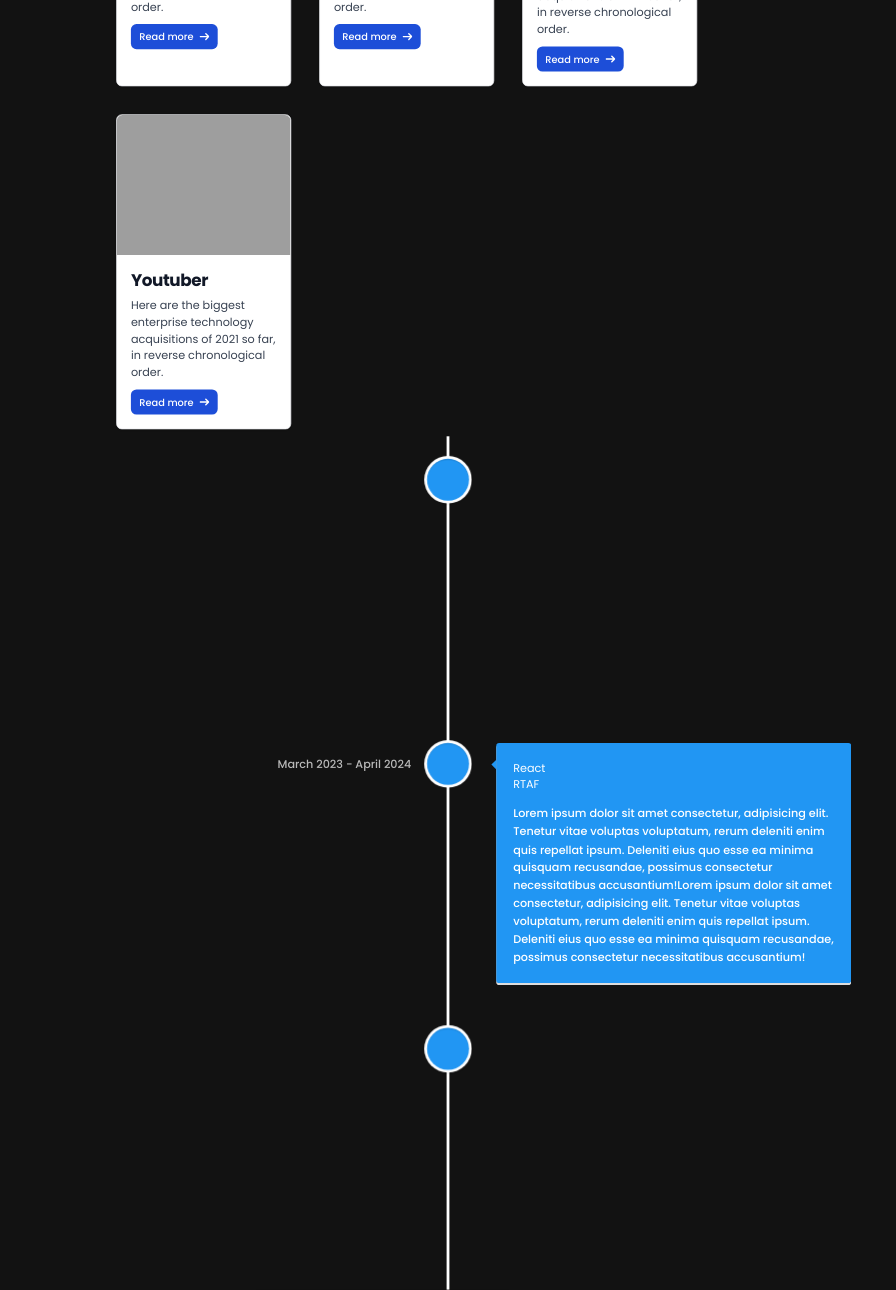
Repository: supakorn5039-boon/React-f
Page: /
The author's editor kept a copy of each file at every save. The page is drawn from the files as they stood at one save, then again after a run of saves.
The browser window is 1280 px wide. The pictures show the part of the page from y = 1445 to 3365 px (the page is 3288 px tall before and 3365 px after), at 70% of full size.
Pictures or frames that could not be fetched are drawn as grey boxes. The project was rebuilt for these pictures with package versions that can differ from the ones it lists, and the page was loaded fresh each time. Also part of the build but not shown: vite.config.js.

Above is the page before, as saved 2024-01-09 22:38:46.

### src/App.jsx
import Hero from "./components/Hero";
import About from "./components/About";
import Experience from "./components/Experience";
import Navbar from "./components/Navbar";

export default function App() {
  return (
    <div>
      <Navbar />
      <Hero />
      <About />
      <Experience />
    </div>
  );
}

### src/index.css
@import url("https://fonts.googleapis.com/css2?family=Poppins:wght@100;200;300;400;500;600;700;800;900&display=swap");

@tailwind base;
@tailwind components;
@tailwind utilities;

* {
  margin: 0;
  padding: 0;
  box-sizing: border-box;
  font-family: "Poppins", sans-serif;
  scroll-behavior: smooth;
  color-scheme: dark;
}
.bg-boon {
  background-image: url("./assets/gingerbread-man.png");
}
.section {
  position: absolute;
  inset: 0;
  top: 120px;
  max-width: 7xl;
  margin: 0 auto;
  padding-left: 6rem;
  padding-right: 6rem;
  display: flex;
  flex-direction: row;
  align-items: flex-start;
  gap: 1.25rem; /* This corresponds to 5 units in "rem" */
}
.heroHeadText {
  font-weight: 900;
  color: white;
  font-size: 80px;
  line-height: 98px;
  margin-top: 2rem;
}

@media (max-width: 1023px) {
  .heroHeadText {
    font-size: 60px;
  }
}

@media (max-width: 767px) {
  .heroHeadText {
    font-size: 50px;
  }
}

@media (max-width: 575px) {
  .heroHeadText {
    font-size: 40px;
  }
}

.heroSubText {
  font-weight: 500;
  color: #dfd9ff;
  font-size: 30px;
  line-height: 40px;
}

@media (max-width: 1023px) {
  .heroSubText {
    font-size: 26px;
  }
}

@media (max-width: 767px) {
  .heroSubText {
    font-size: 20px;
  }
}

@media (max-width: 575px) {
  .heroSubText {
    font-size: 16px;
  }
}

.sectionHeadText {
  color: white;
  font-weight: 900;
  font-size: 60px;
}

@media (max-width: 767px) {
  .sectionHeadText {
    font-size: 50px;
  }
}

@media (max-width: 575px) {
  .sectionHeadText {
    font-size: 40px;
  }
}

.sectionSubText {
  font-size: 18px;
  text-transform: uppercase;
  letter-spacing: 0.1em;
  color: var(--text-secondary);
}

@media (max-width: 767px) {
  .sectionSubText {
    font-size: 18px;
  }
}

.about-head {
  padding: 10px 6px; /* Default padding values */
  max-width: calc(100% - 20rem); /* Adjust the value according to your needs */
  margin: 0 auto;
  position: relative;
  z-index: 0;
}

@media (min-width: 640px) {
  .myElement {
    padding: 16px 6px; /* Updated padding for sm screen size */
  }
}

.about-text {
  margin-top: 1rem; /* Equivalent to mt-4 */
  color: white; /* Assuming --text-secondary is defined */
  font-size: 17px;
  max-width: 48rem; /* Equivalent to max-w-3xl */
  line-height: 1.875rem; /* Equivalent to leading-[30px] */
}

### src/components/Hero.jsx
export default function Hero() {
  return (
    <section className="relative w-full h-screen mx-auto bg-boon">
      <div className="absolute inset-0 top-[120px] mx-w-7xl mx-auto sm:px-16 px-6 flex flex-auto">
        <div>
          <h1 className="heroHeadText">
            Hello i am <span className="text-[#16c734]">NEBULA</span>
          </h1>
          <p className="heroSubText mt-2 text-white-100">
            I am Web developer <br />
            Full-Stack , Machine Learning
          </p>
        </div>
      </div>
    </section>
  );
}

### src/components/About.jsx
/* eslint-disable react/prop-types */
import { services } from "../data/Data";

const AboutCard = ({ item }) => {
  return (
    <div className="xs:w-[250px] max-w-sm bg-white border border-gray-200 rounded-lg shadow dark:bg-gray-800 dark:border-gray-700">
      <a href="#">
        <img
          style={{ width: "100%", height: "200px" }}
          className="rounded-t-lg"
          src={item.image}
          alt=""
        />
      </a>
      <div className="p-5">
        <a href="#">
          <h5 className="mb-2 text-2xl font-bold tracking-tight text-gray-900 dark:text-white">
            {item.title}
          </h5>
        </a>
        <p className="mb-3 font-normal text-gray-700 dark:text-gray-400">
          Here are the biggest enterprise technology acquisitions of 2021 so
          far, in reverse chronological order.
        </p>
        <a
          href="#"
          className="inline-flex items-center px-3 py-2 text-sm font-medium text-center text-white bg-blue-700 rounded-lg hover:bg-blue-800 focus:ring-4 focus:outline-none focus:ring-blue-300 dark:bg-blue-600 dark:hover:bg-blue-700 dark:focus:ring-blue-800"
        >
          Read more
          <svg
            className="rtl:rotate-180 w-3.5 h-3.5 ms-2"
            aria-hidden="true"
            xmlns="http://www.w3.org/2000/svg"
            fill="none"
            viewBox="0 0 14 10"
          >
            <path
              stroke="currentColor"
              strokeLinecap="round"
              strokeLinejoin="round"
              strokeWidth="2"
              d="M1 5h12m0 0L9 1m4 4L9 9"
            />
          </svg>
        </a>
      </div>
    </div>
  );
};

const About = () => {
  return (
    <div className="about-head">
      <div className="sectionSubText">Introduction</div>
      <h2 className="sectionHeadText">Overview</h2>
      <div className="about-text">
        I am a Software Engineering and web developer and data Engineering I am
        a Software Engineering and web developer and data Engineering I am a
        Software Engineering and web developer and data Engineering I am a
        Software Engineering and web developer and data Engineering I am a
        Software Engineering and web developer and data Engineering{" "}
      </div>

      <div className="mt-10 flex flex-wrap gap-10">
        {services.map((item, index) => {
          return <AboutCard item={item} key={index} />;
        })}
      </div>
    </div>
  );
};

export default About;

### src/components/Experience.jsx
/* eslint-disable react/prop-types */
import {
  VerticalTimeline,
  VerticalTimelineElement,
} from "react-vertical-timeline-component";
import "react-vertical-timeline-component/style.min.css";

import { experiences } from "../data/Data";

const ExCard = ({ item }) => {
  return (
    <VerticalTimelineElement
      className="vertical-timeline-element--work"
      contentStyle={{ background: "rgb(33, 150, 243)", color: "#fff" }}
      contentArrowStyle={{ borderRight: "7px solid  rgb(33, 150, 243)" }}
      date={item.date}
      iconStyle={{ background: "rgb(33, 150, 243)", color: "#fff" }}
    >
      <h3 className="vertical-timeline-element-title">{item.title}</h3>
      <h4 className="vertical-timeline-element-subtitle">
        {item.company_name}
      </h4>
      <p>
        <ul>
          {item.points}
        </ul>
      </p>
    </VerticalTimelineElement>
  );
};

const Experience = () => {
  return (
    <div>
      <VerticalTimeline>
        {experiences.map((item, index) => (
          <ExCard key={index} item={item} />
        ))}
      </VerticalTimeline>
    </div>
  );
};

export default Experience;

### src/components/Navbar.jsx
import { Fragment } from "react";
import { Disclosure, Menu, Transition } from "@headlessui/react";
import { Bars3Icon, BellIcon, XMarkIcon } from "@heroicons/react/24/outline";
import boon from "../assets/Photo.jpg";
const navigation = [
  { name: "About", href: "#about", current: true },
  { name: "Experience", href: "#experience", current: false },
  { name: "Hero", href: "#hero", current: false },
];

function classNames(...classes) {
  return classes.filter(Boolean).join(" ");
}

export default function Navbar() {
  return (
    <Disclosure as="nav" className="bg-gray-800">
      {({ open }) => (
        <>
          <div className="mx-auto max-w-7xl px-2 sm:px-6 lg:px-8">
            <div className="relative flex h-16 items-center justify-between">
              <div className="absolute inset-y-0 left-0 flex items-center sm:hidden">
                {/* Mobile menu button*/}
                <Disclosure.Button className="relative inline-flex items-center justify-center rounded-md p-2 text-gray-400 hover:bg-gray-700 hover:text-white focus:outline-none focus:ring-2 focus:ring-inset focus:ring-white">
                  <span className="absolute -inset-0.5" />
                  <span className="sr-only">Open main menu</span>
                  {open ? (
                    <XMarkIcon className="block h-6 w-6" aria-hidden="true" />
                  ) : (
                    <Bars3Icon className="block h-6 w-6" aria-hidden="true" />
                  )}
                </Disclosure.Button>
              </div>
              <div className="flex flex-1 items-center justify-center sm:items-stretch sm:justify-start">
                <div className="flex flex-shrink-0 items-center">
                  <img
                    className="h-8 w-auto"
                    src="https://tailwindui.com/img/logos/mark.svg?color=indigo&shade=500"
                    alt="Your Company"
                  />
                </div>
                <div className="hidden sm:ml-6 sm:block">
                  <div className="flex space-x-4">
                    {navigation.map((item) => (
                      <a
                        key={item.name}
                        href={item.href}
                        className={classNames(
                          item.current
                            ? "bg-gray-900 text-white"
                            : "text-gray-300 hover:bg-gray-700 hover:text-white",
                          "rounded-md px-3 py-2 text-sm font-medium"
                        )}
                        aria-current={item.current ? "page" : undefined}
                      >
                        {item.name}
                      </a>
                    ))}
                  </div>
                </div>
              </div>
              <div className="absolute inset-y-0 right-0 flex items-center pr-2 sm:static sm:inset-auto sm:ml-6 sm:pr-0">
                <button
                  type="button"
                  className="relative rounded-full bg-gray-800 p-1 text-gray-400 hover:text-white focus:outline-none focus:ring-2 focus:ring-white focus:ring-offset-2 focus:ring-offset-gray-800"
                >
                  <span className="absolute -inset-1.5" />
                  <span className="sr-only">View notifications</span>
                  <BellIcon className="h-6 w-6" aria-hidden="true" />
                </button>

                {/* Profile dropdown */}
                <Menu as="div" className="relative ml-3">
                  <div>
                    <Menu.Button className="relative flex rounded-full bg-gray-800 text-sm focus:outline-none focus:ring-2 focus:ring-white focus:ring-offset-2 focus:ring-offset-gray-800">
                      <span className="absolute -inset-1.5" />
                      <span className="sr-only">Open user menu</span>
                      <img className="h-8 w-8 rounded-full" src={boon} alt="" />
                    </Menu.Button>
                  </div>
                  <Transition
                    as={Fragment}
                    enter="transition ease-out duration-100"
                    enterFrom="transform opacity-0 scale-95"
                    enterTo="transform opacity-100 scale-100"
                    leave="transition ease-in duration-75"
                    leaveFrom="transform opacity-100 scale-100"
                    leaveTo="transform opacity-0 scale-95"
                  >
                    <Menu.Items className="absolute right-0 z-10 mt-2 w-48 origin-top-right rounded-md bg-white py-1 shadow-lg ring-1 ring-black ring-opacity-5 focus:outline-none">
                      <Menu.Item>
                        {({ active }) => (
                          <a
                            href="#"
                            className={classNames(
                              active ? "bg-gray-100" : "",
                              "block px-4 py-2 text-sm text-gray-700"
                            )}
                          >
                            Your Profile
                          </a>
                        )}
                      </Menu.Item>
                      <Menu.Item>
                        {({ active }) => (
                          <a
                            href="#"
                            className={classNames(
                              active ? "bg-gray-100" : "",
                              "block px-4 py-2 text-sm text-gray-700"
                            )}
                          >
                            Settings
                          </a>
                        )}
                      </Menu.Item>
                      <Menu.Item>
                        {({ active }) => (
                          <a
                            href="#"
                            className={classNames(
                              active ? "bg-gray-100" : "",
                              "block px-4 py-2 text-sm text-gray-700"
                            )}
                          >
                            Sign out
                          </a>
                        )}
                      </Menu.Item>
                    </Menu.Items>
                  </Transition>
                </Menu>
              </div>
            </div>
          </div>

          <Disclosure.Panel className="sm:hidden">
            <div className="space-y-1 px-2 pb-3 pt-2">
              {navigation.map((item) => (
                <Disclosure.Button
                  key={item.name}
                  as="a"
                  href={item.href}
                  className={classNames(
                    item.current
                      ? "bg-gray-900 text-white"
                      : "text-gray-300 hover:bg-gray-700 hover:text-white",
                    "block rounded-md px-3 py-2 text-base font-medium"
                  )}
                  aria-current={item.current ? "page" : undefined}
                >
                  {item.name}
                </Disclosure.Button>
              ))}
            </div>
          </Disclosure.Panel>
        </>
      )}
    </Disclosure>
  );
}

### src/data/Data.js
export const services = [
  {
    title: "Web Developer",
    image: "https://source.unsplash.com/random?wallpapers",
  },
  {
    title: "Web GIS",
    image: "https://source.unsplash.com/random?wallpapers",
  },
  {
    title: "Backend Developer",
    image: "https://source.unsplash.com/random?wallpapers",
  },
  {
    title: "Youtuber",
    image: "https://source.unsplash.com/random?wallpapers",
  },
];

export const experiences = [
  {
    title: "React",
    company_name: "RTAF",
    iconBg: "#383E56",
    icon: "https://source.unsplash.com/random?wallpapers",
    date: "March 2022 - April 2023",
    points: [
      "Lorem ipsum dolor sit amet consectetur, adipisicing elit. Tenetur vitae voluptas voluptatum, rerum deleniti enim quis repellat ipsum. Deleniti eius quo esse ea minima quisquam recusandae, possimus consectetur necessitatibus accusantium!",
      "Lorem ipsum dolor sit amet consectetur, adipisicing elit. Tenetur vitae voluptas voluptatum, rerum deleniti enim quis repellat ipsum. Deleniti eius quo esse ea minima quisquam recusandae, possimus consectetur necessitatibus accusantium!",
    ],
  },
  {
    title: "React",
    company_name: "RTAF",
    iconBg: "#383E56",
    icon: "https://source.unsplash.com/random?wallpapers",
    date: "March 2023 - April 2024",
    points: [
      "Lorem ipsum dolor sit amet consectetur, adipisicing elit. Tenetur vitae voluptas voluptatum, rerum deleniti enim quis repellat ipsum. Deleniti eius quo esse ea minima quisquam recusandae, possimus consectetur necessitatibus accusantium!",
      "Lorem ipsum dolor sit amet consectetur, adipisicing elit. Tenetur vitae voluptas voluptatum, rerum deleniti enim quis repellat ipsum. Deleniti eius quo esse ea minima quisquam recusandae, possimus consectetur necessitatibus accusantium!",
    ],
  },
  {
    title: "React",
    company_name: "RTAF",
    iconBg: "#383E56",
    icon: "https://source.unsplash.com/random?wallpapers",
    date: "March 2024 - Current",
    points: [
      "Lorem ipsum dolor sit amet consectetur, adipisicing elit. Tenetur vitae voluptas voluptatum, rerum deleniti enim quis repellat ipsum. Deleniti eius quo esse ea minima quisquam recusandae, possimus consectetur necessitatibus accusantium!",
      "Lorem ipsum dolor sit amet consectetur, adipisicing elit. Tenetur vitae voluptas voluptatum, rerum deleniti enim quis repellat ipsum. Deleniti eius quo esse ea minima quisquam recusandae, possimus consectetur necessitatibus accusantium!",
    ],
  },
];

### tailwind.config.js
/** @type {import('tailwindcss').Config} */
export default {
  content: ["./index.html", "./src/**/*.{js,ts,jsx,tsx}"],
  theme: {
    extend: {
      screens: {
        xs: "450px",
      },
    },
  },
  plugins: [],
};

Loaded but not shown: index.html (common file); src/main.jsx (common file)

After the next 9 saves:
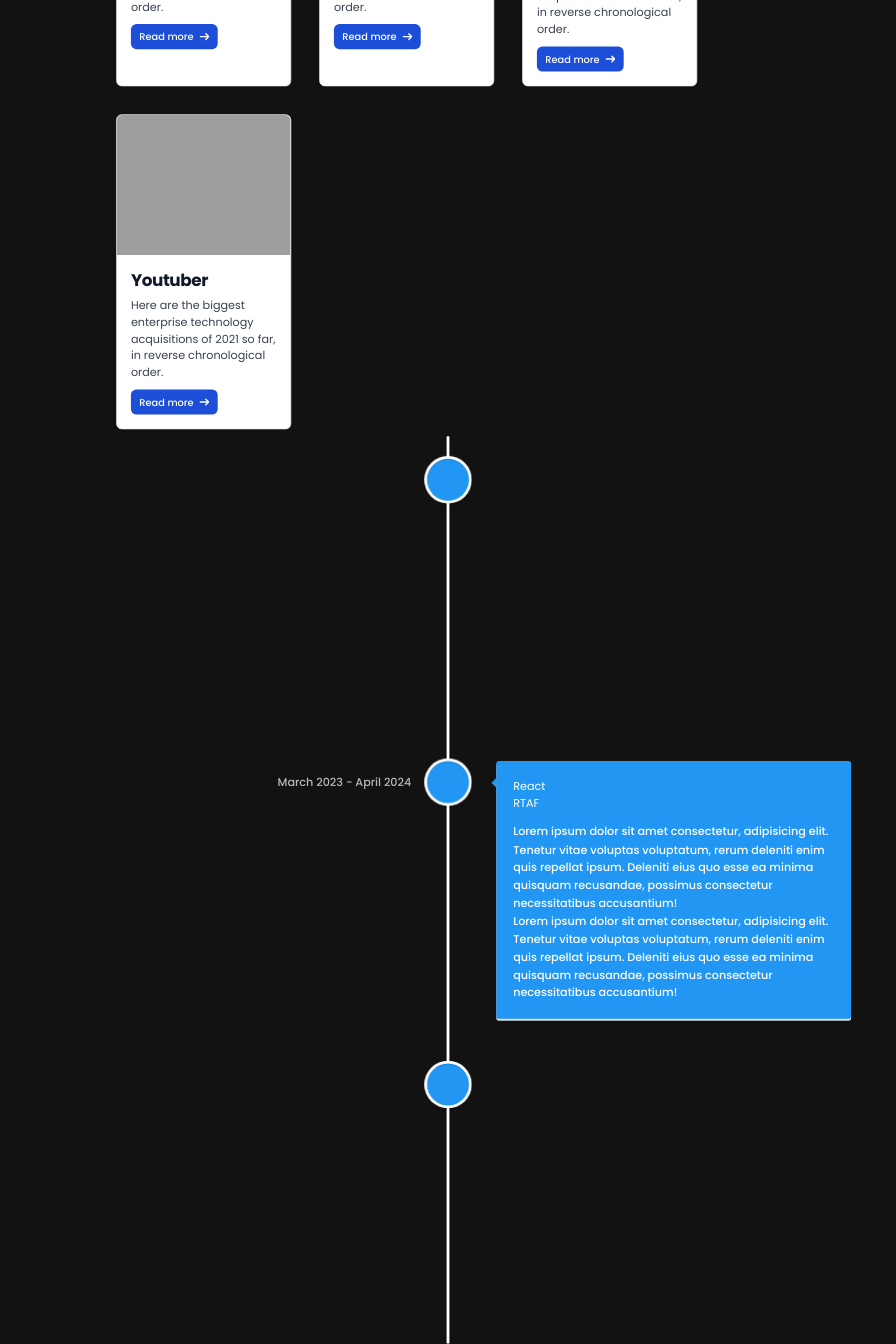
The 9 saves are shown as one change because 1 did not build or start and some came seconds apart.
The last was saved 31 s later.
--- a/src/components/Experience.jsx
+++ b/src/components/Experience.jsx
@@ -22,7 +22,9 @@ const ExCard = ({ item }) => {
       </h4>
       <p>
         <ul>
-          {item.points}
+          {item.points.map((p) =>
+          <li>{p}</li>
+          )}
         </ul>
       </p>
     </VerticalTimelineElement>
